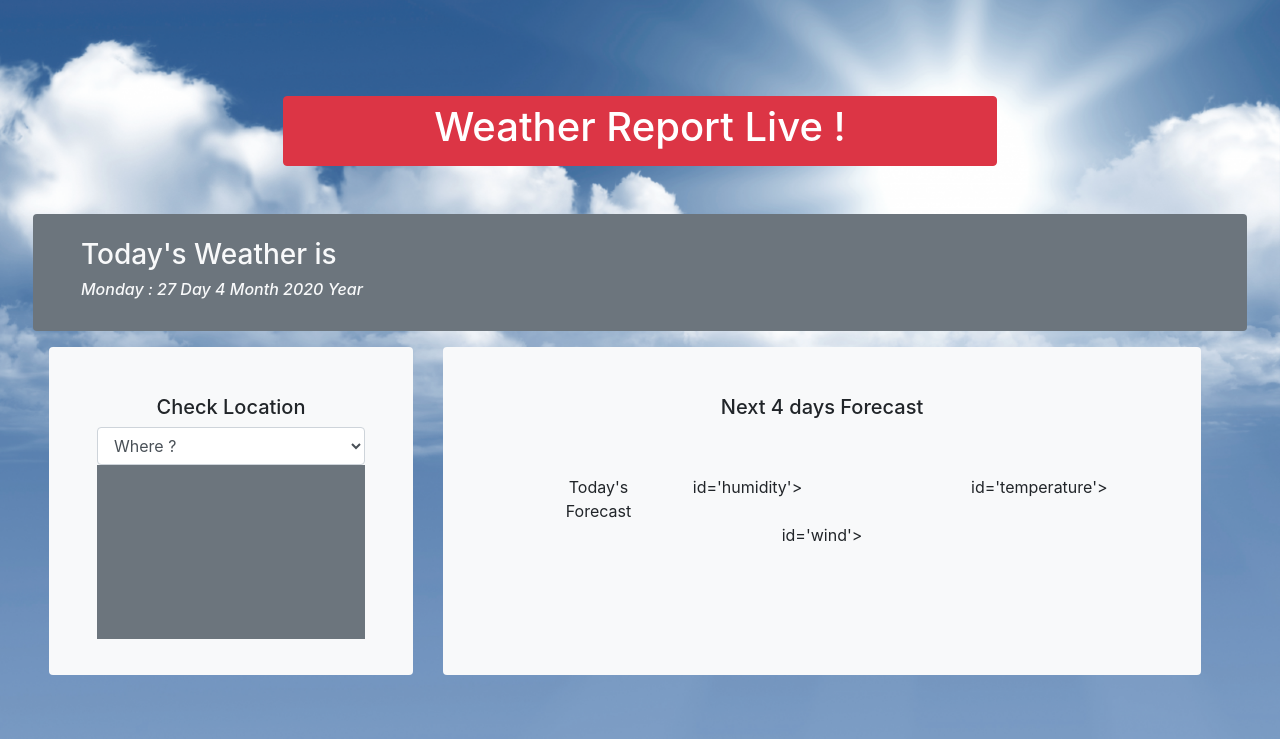
Repository: Code-Institute-Submissions/projectchen88-weatherForecast
Page: index.html
The author's editor kept a record of every edit. The page is drawn from the files as they stood at one moment, then again after the next edit.
The browser window is 1280 px wide. The pictures show the whole page.
The page's requests for data from a server got no answer.

Above is the page before.
Console error (its wording comes from the project's code and is left out).

After the next edit:
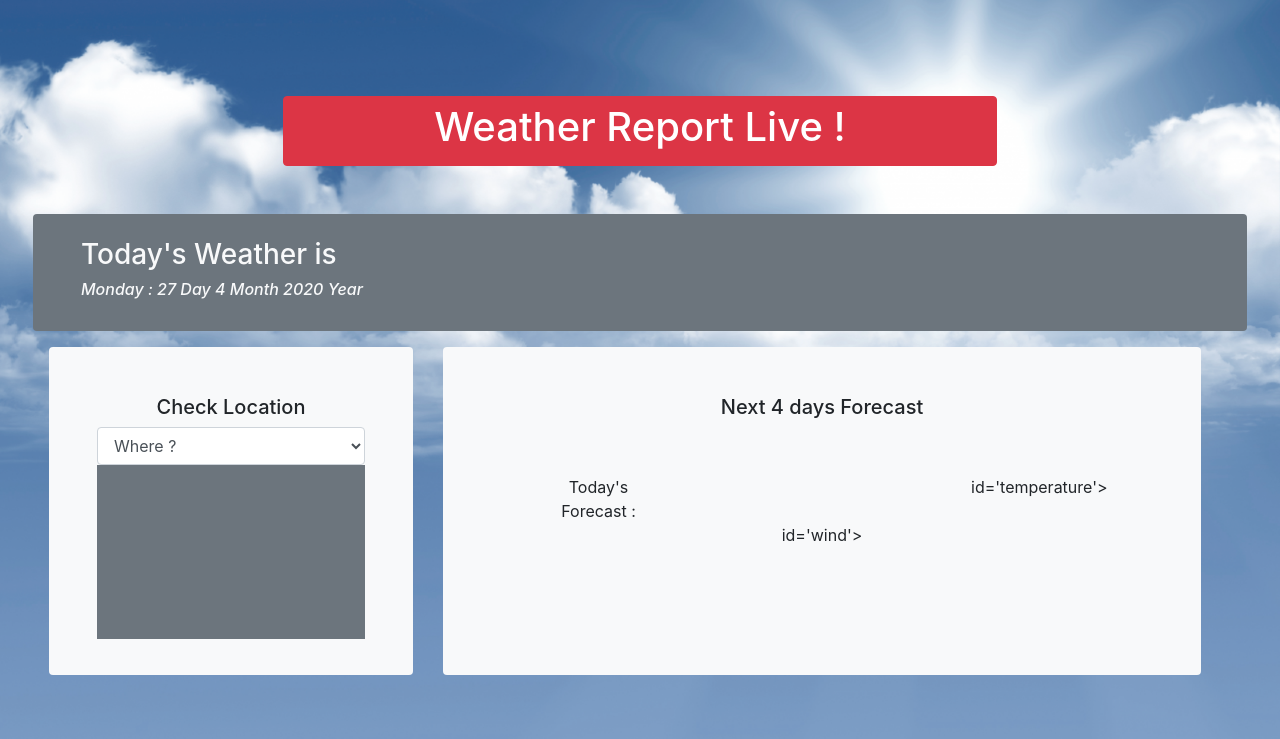
The edit:
--- a/index.html
+++ b/index.html
@@ -52,8 +52,13 @@
                             <h5>Next 4 days Forecast</h5>
                             <div class='display-box p-5'>
                                 <div class="row">
-                                    <div class="col-3"> Today's Forecast </div>
-                                    <div class="col-3"> id='humidity'></div>
+                                    <div class="col-3"> Today's Forecast :
+                                        <span id='forecast'></span>
+                                    </div>
+                                    <div class="col-3">
+
+                                        <span id='humidity'></span>
+                                    </div>
                                     <div class="col-3"></div> id='temperature'></div>
                                     <div class="col-3"></div> id='wind'></div>
                                 </div>
